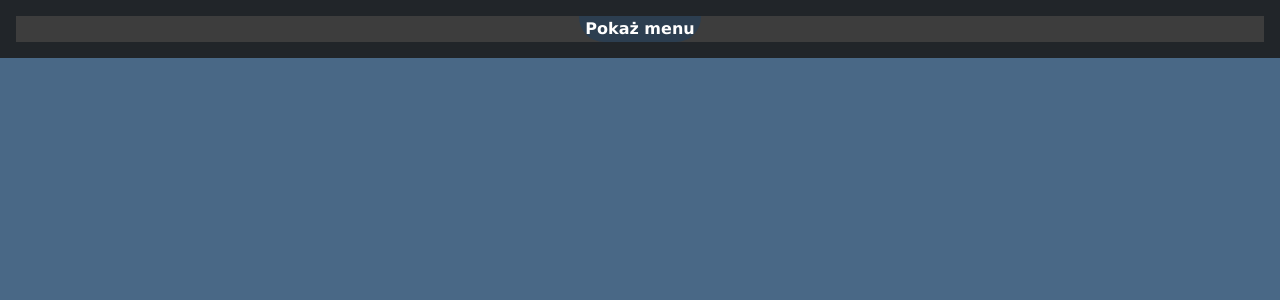
Repository: K4ziWolf/kazi
Page: /
The author's editor kept a copy of each file at every save. The page is drawn from the files as they stood at one save, then again after the next save.
The browser window is 1280 px wide. The pictures show the whole page.
The project was rebuilt for these pictures with package versions that can differ from the ones it lists, and the page was loaded fresh each time. Also part of the build but not shown: vue.config.js, src/components/menu_screen.vue, src/components/login_screen.vue, src/components/option_screen.vue.

Above is the page before, as saved 2023-10-20 21:22:30.

After the next save:
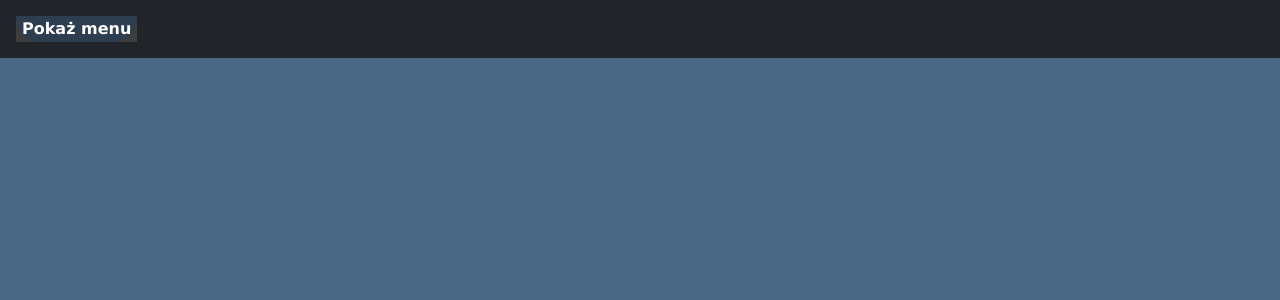
Saved 24 s later.
--- a/src/App.vue
+++ b/src/App.vue
@@ -2,7 +2,7 @@
 <body>
   <section>
   <div id="container">
-    <div class="d-flex flex-column flex-shrink-0 p-3 text-white bg-dark">
+    <div class="d-flex  flex-shrink-0 p-3 text-white bg-dark">
     <div class="x-btn"><button class="xd-btn" v-bind:class="open_menu_button " @click="showMenuScreen">Pokaż menu</button>
       <menu_screen v-if="isMenuScreenVisible" @hide-menu-screen="hideMenuScreen" @show-login-screen="showLoginScreen" @change-theme="changeTheme" @option-open="optionOpener">
     </menu_screen>

After the save that followed:
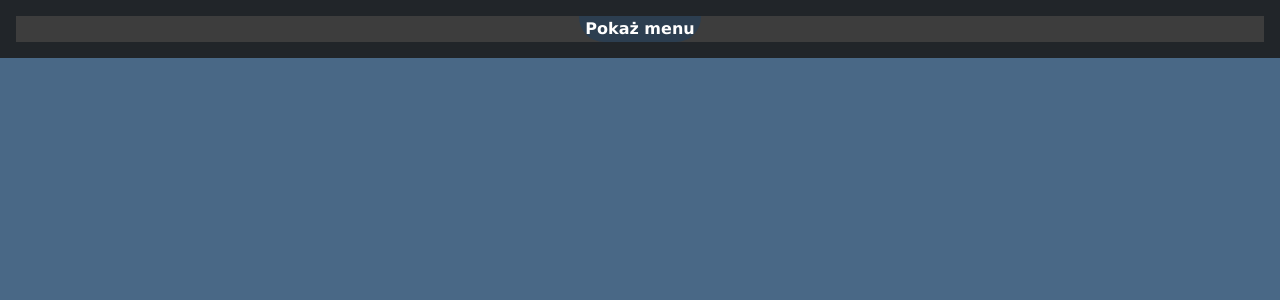
Saved 10 s later.
--- a/src/App.vue
+++ b/src/App.vue
@@ -2,7 +2,7 @@
 <body>
   <section>
   <div id="container">
-    <div class="d-flex  flex-shrink-0 p-3 text-white bg-dark">
+    <div class=" flex-column flex-shrink-0 p-3 text-white bg-dark">
     <div class="x-btn"><button class="xd-btn" v-bind:class="open_menu_button " @click="showMenuScreen">Pokaż menu</button>
       <menu_screen v-if="isMenuScreenVisible" @hide-menu-screen="hideMenuScreen" @show-login-screen="showLoginScreen" @change-theme="changeTheme" @option-open="optionOpener">
     </menu_screen>
@@ -137,6 +137,7 @@
   border-bottom-right-radius: 25px;
   color: white;
   font-weight: bolder;
+
 }
 html {
   background-color: #496886;
